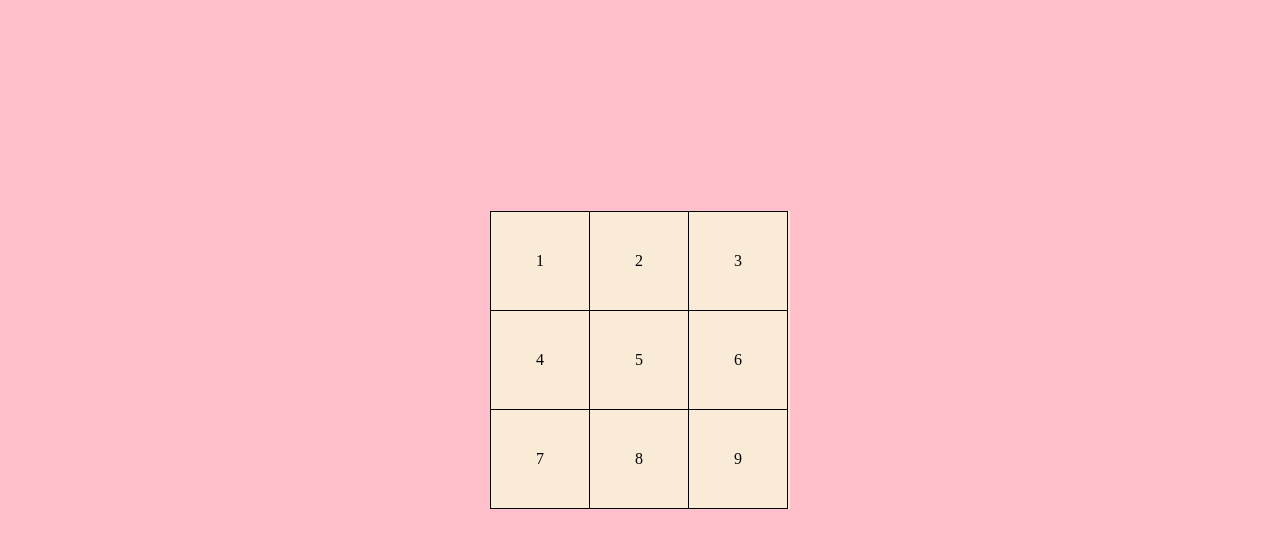
Repository: MMXiaohang/frontend-interview-coding
Page: 18.九宫格布局.html
These files come from the project's save history. The page is drawn as it stood at one moment and after the next save; the edit follows.
The browser window is 1280 px wide. The pictures show the whole page.

Above is the page before, as saved 2022-04-01 11:45:12.

After the next save:
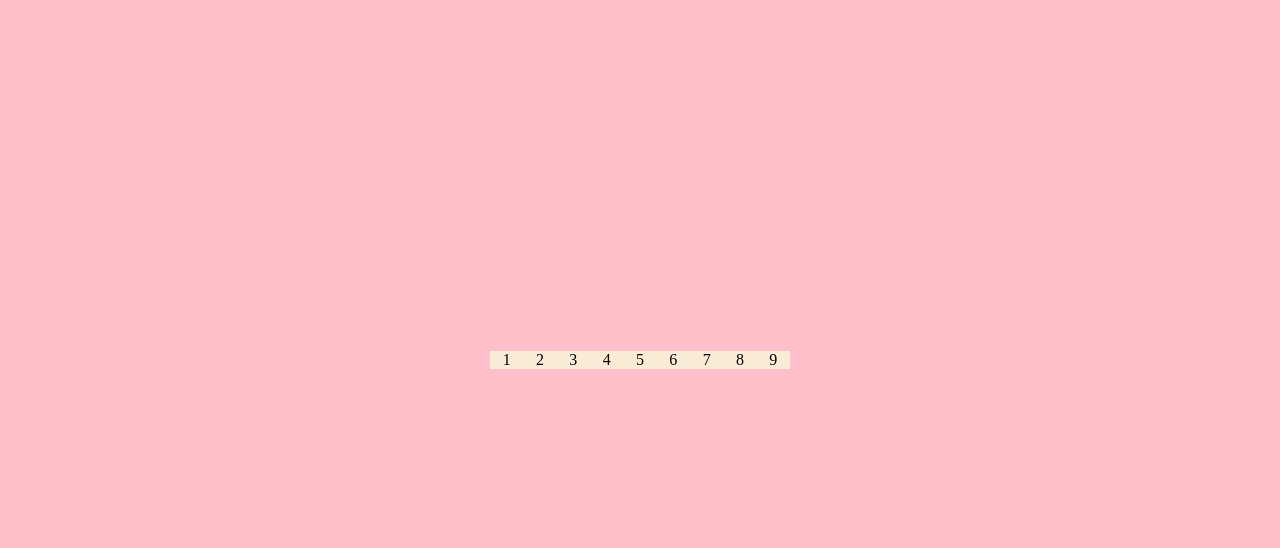
Saved 53 s later.
--- a/18.九宫格布局.html
+++ b/18.九宫格布局.html
@@ -32,22 +32,13 @@
         li{
             display: grid;
             place-items: center;
-            width: 100px;
+            /* width: 100px;
             height: 100px;
             box-sizing: border-box;
             border: 1px solid black;
-            margin: -1px 0 0 -1px;
+            margin: -1px 0 0 -1px; */
+            flex: 1;
             transition: all 1s linear;
-        }
-
-        li:nth-child(3n+1){
-            /* 第一列取消左负边距  */
-            margin-left: 0;
-        }
-
-        li:nth-child(-n+3){
-            /* 第一行取消上负边距 */
-            margin-top: 0;
         }
 
         li:hover{
